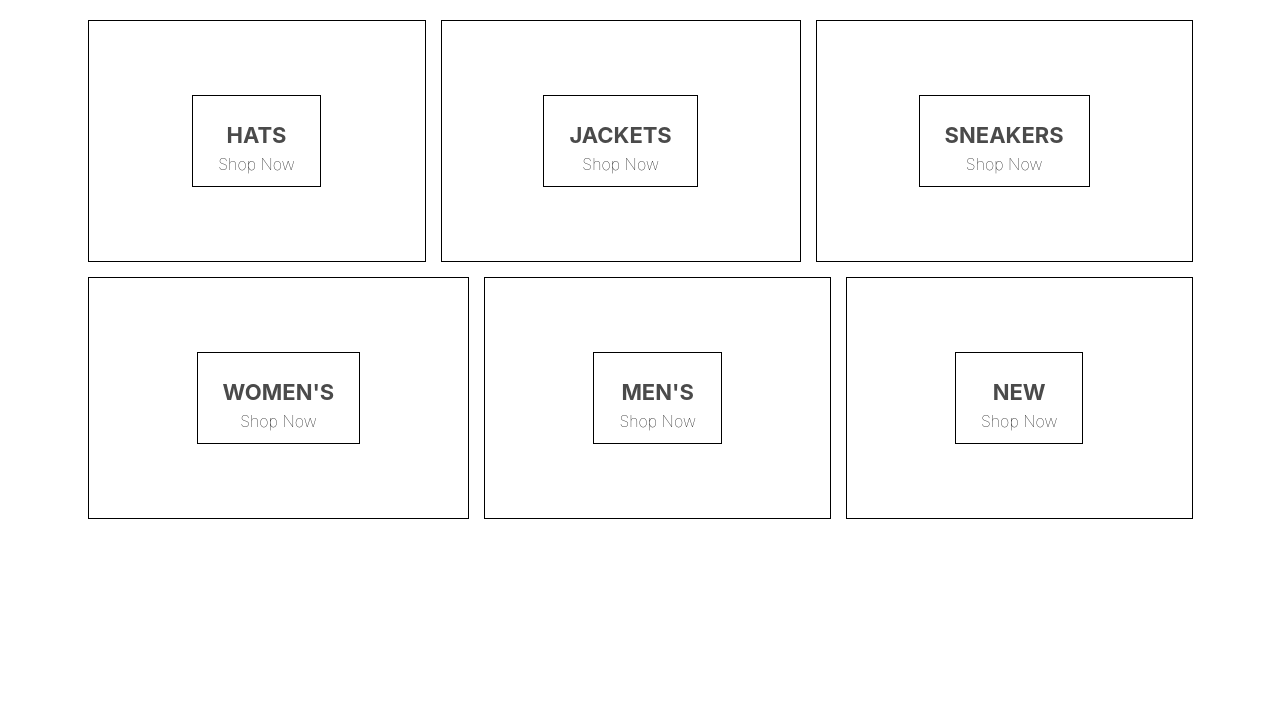
Repository: MikeTroianello/commerce-store
Page: /
An editor plug-in stored every save of this project. The page is shown before and after the next save, followed by the edit.
The browser window is 1280 px wide. The pictures show the whole page.
The project was rebuilt for these pictures with package versions that can differ from the ones it lists, and the page was loaded fresh each time. Also part of the build but not shown: src/App.css.

Above is the page before, as saved 2019-09-09 19:01:48.

### src/App.js
import React from 'react';

import Homepage from './Homepage.component';

import './App.css';

function App() {
  return (
    <div>
      <Homepage />
    </div>
  );
}

export default App;

### src/Homepage.component.js
import React from 'react';
import './Homepage.styles.scss';

export default function Homepage() {
  return (
    <div className='homepage'>
      <div className='directory-menu'>
        <div className='menu-item'>
          <div className='content'>
            <h1 className='title'>HATS</h1>
            <span className='subtitle'>Shop Now</span>
          </div>
        </div>

        <div className='menu-item'>
          <div className='content'>
            <h1 className='title'>JACKETS</h1>
            <span className='subtitle'>Shop Now</span>
          </div>
        </div>

        <div className='menu-item'>
          <div className='content'>
            <h1 className='title'>SNEAKERS</h1>
            <span className='subtitle'>Shop Now</span>
          </div>
        </div>
        <div className='menu-item'>
          <div className='content'>
            <h1 className='title'>WOMEN'S</h1>
            <span className='subtitle'>Shop Now</span>
          </div>
        </div>
        <div className='menu-item'>
          <div className='content'>
            <h1 className='title'>MEN'S</h1>
            <span className='subtitle'>Shop Now</span>
          </div>
        </div>
        <div className='menu-item'>
          <div className='content'>
            <h1 className='title'>NEW</h1>
            <span className='subtitle'>Shop Now</span>
          </div>
        </div>
      </div>
    </div>
  );
}

### src/Homepage.styles.scss
.homepage {
  display: flex;
  flex-direction: column;
  align-items: center;
  padding: 20px 80px;
}

.directory-menu {
  width: 100%;
  display: flex;
  flex-wrap: wrap;
  justify-content: space-between;
}

.menu-item {
  min-width: 30%;
  height: 240px;
  flex: 1 1 auto;
  display: flex;
  align-items: center;
  justify-content: center;
  border: 1px solid black;
  margin: 0 7.5px 15px;

  &:first-child {
    margin-right: 7.5px;
  }

  &:last-child {
    margin-left: 7.5px;
  }

  .content {
    height: 90px;
    padding: 0 25px;
    display: flex;
    flex-direction: column;
    align-items: center;
    justify-content: center;
    border: 1px solid black;

    .title {
      font-weight: bold;
      margin-bottom: 6px;
      font-size: 22px;
      color: #4a4a4a;
    }

    .subtitle {
      font-weight: lighter;
      font-size: 16px;
    }
  }
}

Loaded but not shown: public/index.html (common file); src/index.js (common file); src/index.css (common file)

After the next save:
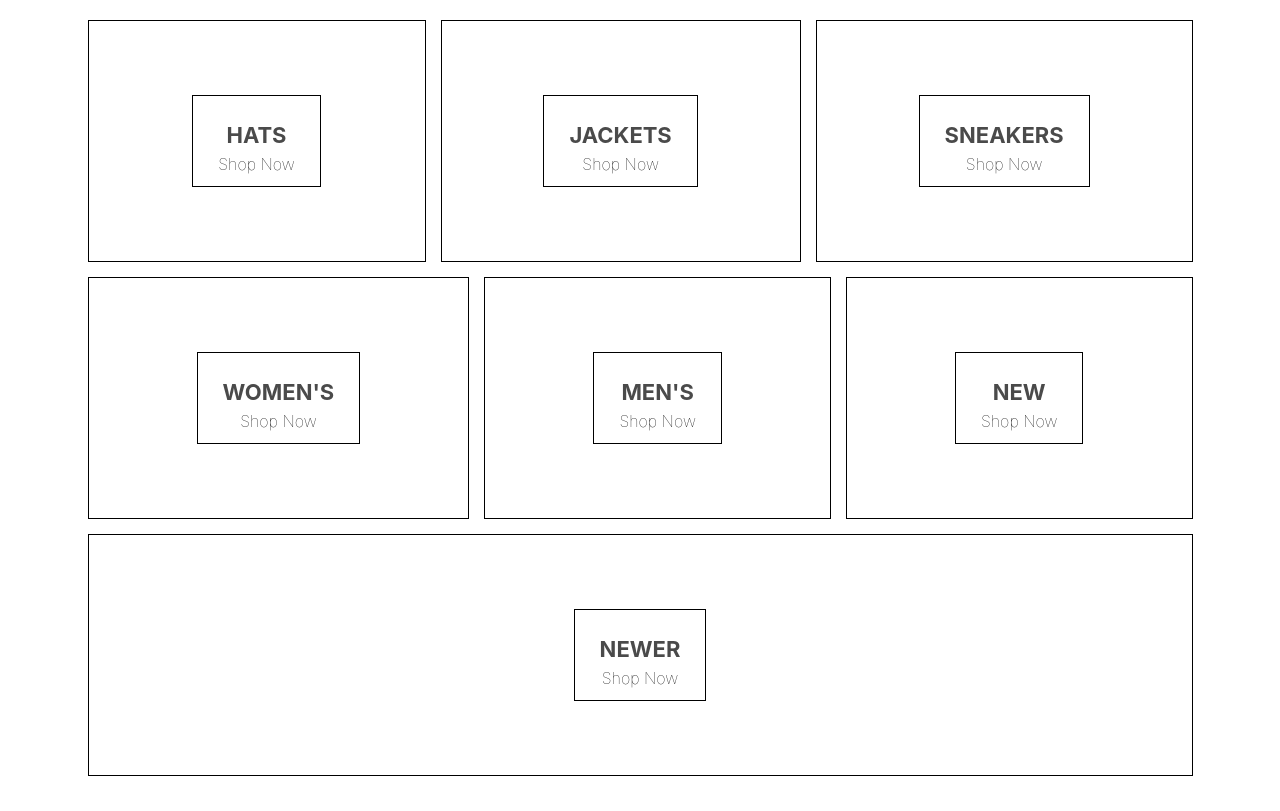
Saved 20 s later.
--- a/src/Homepage.component.js
+++ b/src/Homepage.component.js
@@ -43,6 +43,12 @@ export default function Homepage() {
             <span className='subtitle'>Shop Now</span>
           </div>
         </div>
+        <div className='menu-item'>
+          <div className='content'>
+            <h1 className='title'>NEWER</h1>
+            <span className='subtitle'>Shop Now</span>
+          </div>
+        </div>
       </div>
     </div>
   );
